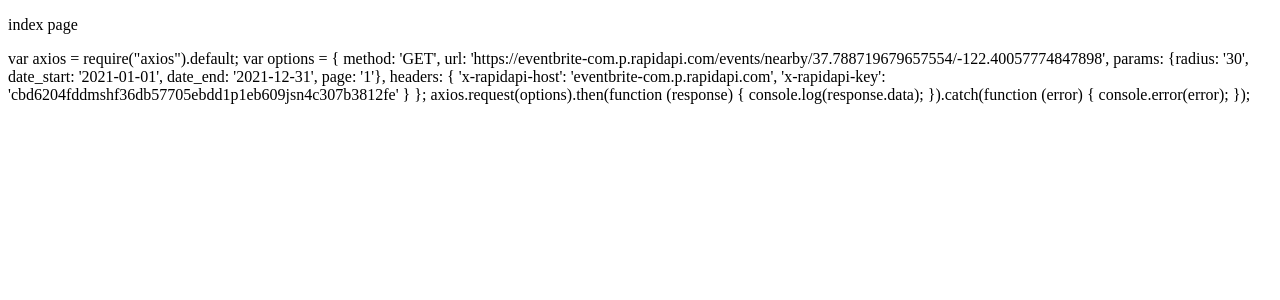
Repository: JohnRudolph1/Events-JSON
Page: index.html
An editor plug-in stored every save of this project. The page is shown before and after the next save, followed by the edit.
The browser window is 1280 px wide. The pictures show the whole page.

Above is the page before, as saved 2022-01-05 09:05:37.

### index.html
<!-- index.html -->
<!DOCTYPE html>
<html>
<head>
    <title>fetch API</title>
</head>
<body>
    <p>index page</p>
    <div id="content">

    </div>

<script>
    fetch('./index.js')
        .then(data => data.text())
        .then(html => document.getElementById('content').innerHTML = html);
</script>
</body>
</html>

### index.js
var axios = require("axios").default;

var options = {
  method: 'GET',
  url: 'https://eventbrite-com.p.rapidapi.com/events/nearby/37.788719679657554/-122.40057774847898',
  params: {radius: '30', date_start: '2021-01-01', date_end: '2021-12-31', page: '1'},
  headers: {
    'x-rapidapi-host': 'eventbrite-com.p.rapidapi.com',
    'x-rapidapi-key': 'cbd6204fddmshf36db57705ebdd1p1eb609jsn4c307b3812fe'
  }
};

axios.request(options).then(function (response) {
	console.log(response.data);
}).catch(function (error) {
	console.error(error);
});

After the next save:
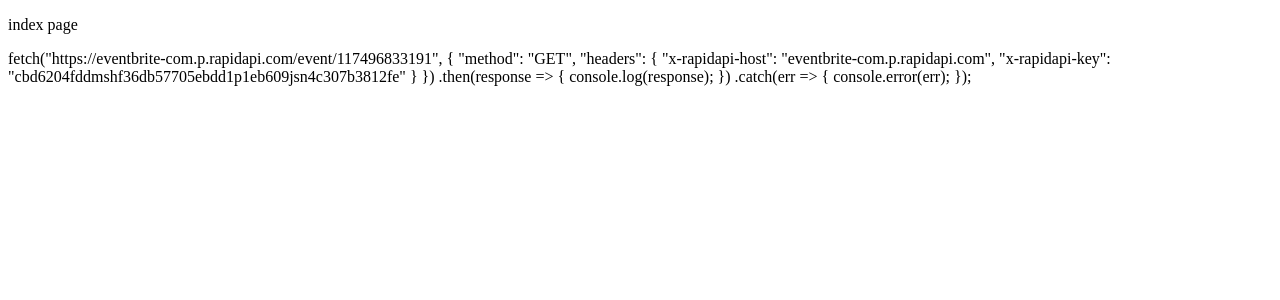
Saved 8 min 51 s later.
--- a/index.js
+++ b/index.js
@@ -1,17 +1,13 @@
-var axios = require("axios").default;
-
-var options = {
-  method: 'GET',
-  url: 'https://eventbrite-com.p.rapidapi.com/events/nearby/37.788719679657554/-122.40057774847898',
-  params: {radius: '30', date_start: '2021-01-01', date_end: '2021-12-31', page: '1'},
-  headers: {
-    'x-rapidapi-host': 'eventbrite-com.p.rapidapi.com',
-    'x-rapidapi-key': 'cbd6204fddmshf36db57705ebdd1p1eb609jsn4c307b3812fe'
-  }
-};
-
-axios.request(options).then(function (response) {
-	console.log(response.data);
-}).catch(function (error) {
-	console.error(error);
+fetch("https://eventbrite-com.p.rapidapi.com/event/117496833191", {
+	"method": "GET",
+	"headers": {
+		"x-rapidapi-host": "eventbrite-com.p.rapidapi.com",
+		"x-rapidapi-key": "cbd6204fddmshf36db57705ebdd1p1eb609jsn4c307b3812fe"
+	}
+})
+.then(response => {
+	console.log(response);
+})
+.catch(err => {
+	console.error(err);
 });
